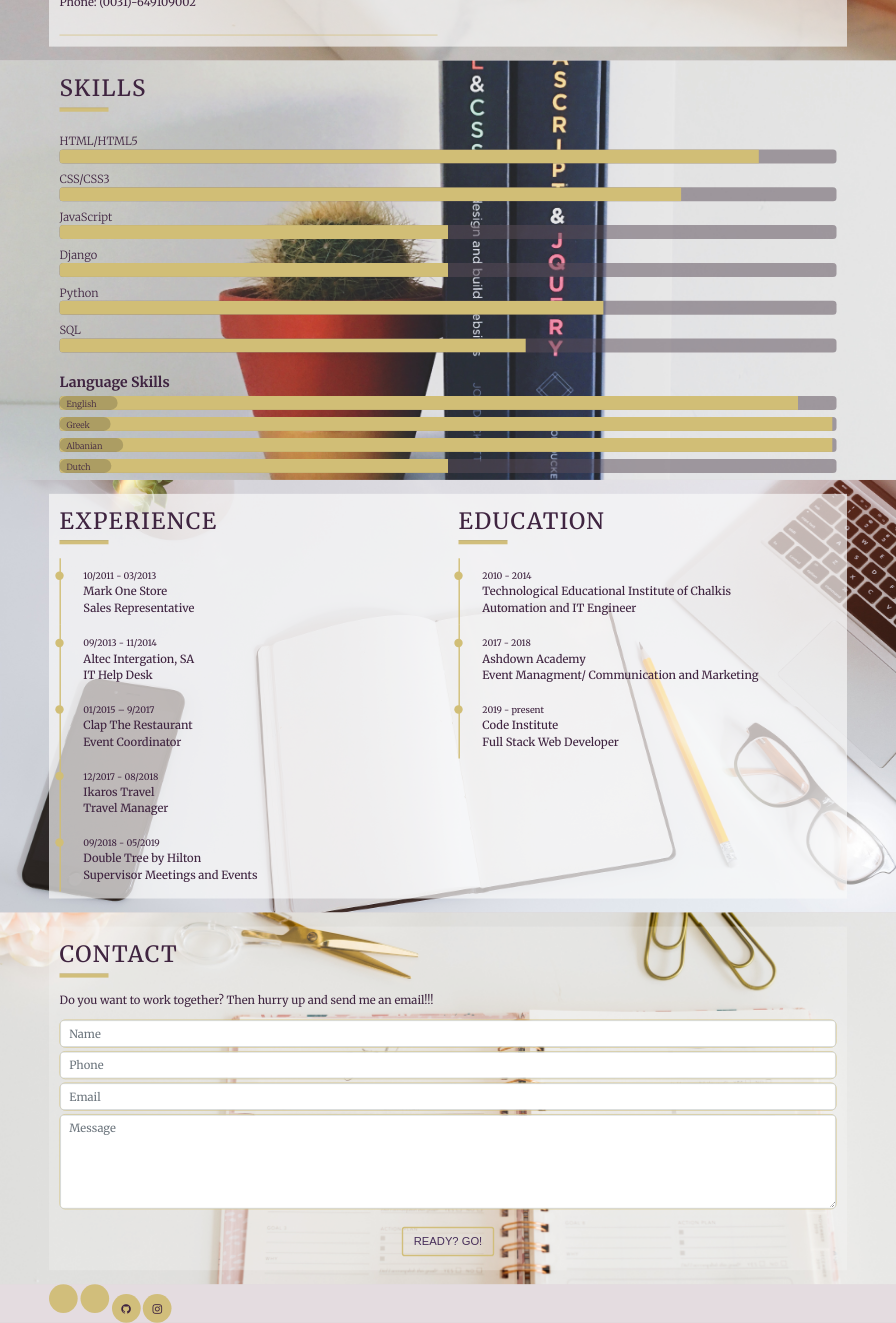
Repository: edshuli/Portfolio
Page: index.html
The author's editor kept a record of every edit. The page is drawn from the files as they stood at one moment, then again after the next edit.
The browser window is 1280 px wide. The pictures show the part of the page from y = 1151 to 3071 px (the page is 3041 px tall before and 3071 px after), at 70% of full size.
Backgrounds fixed to the window are drawn as part of the page. Some web fonts or font styles are not loaded; a fallback is used.

Above is the page before.

After the next edit:
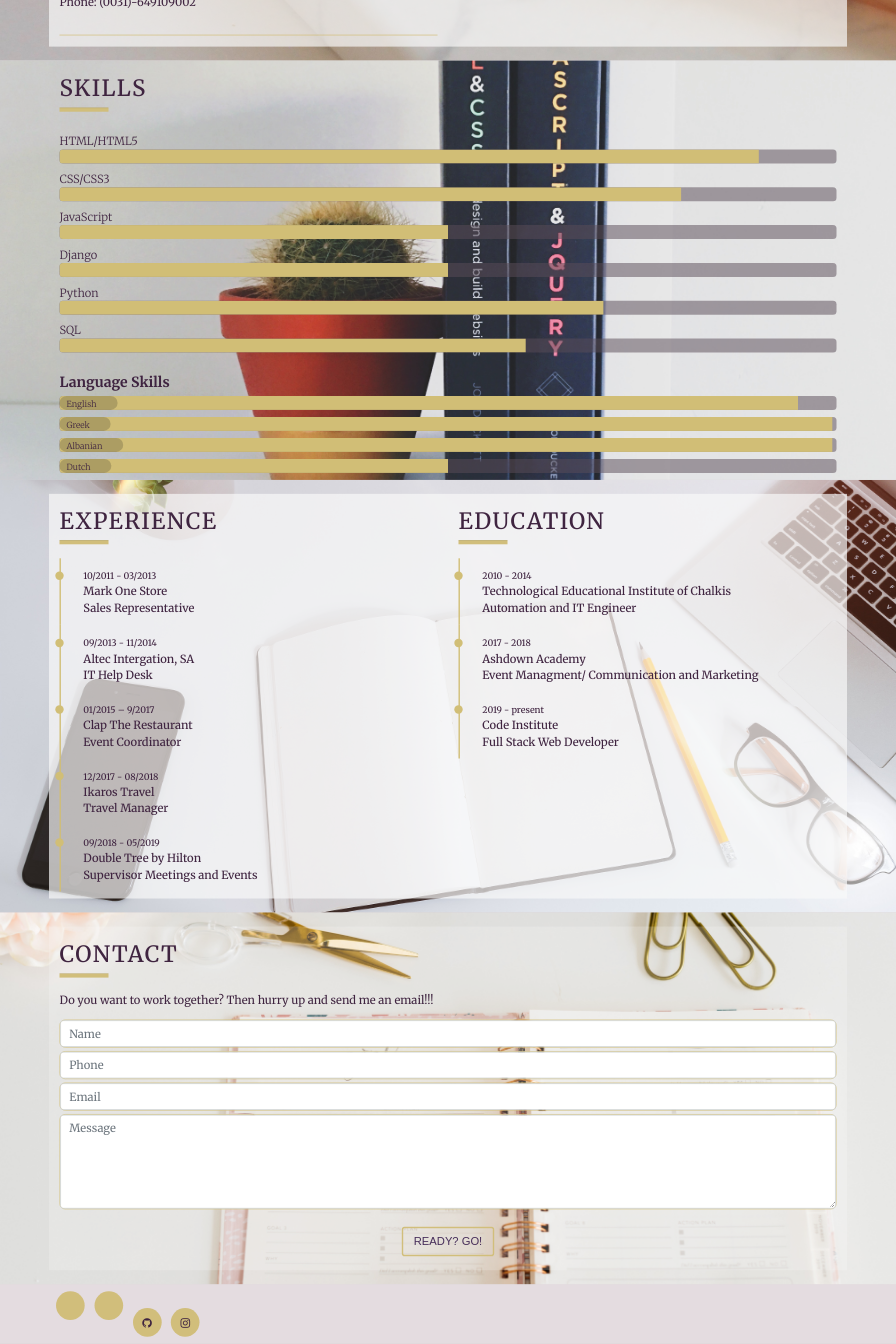
The edit:
--- a/assets/css/style.css
+++ b/assets/css/style.css
@@ -347,6 +347,7 @@
      border-radius:50%;
      padding-top: 12.5px;
      background-color: #d1be7b;
+     margin:10px 0 10px 10px;
  }
 
  i:hover {
